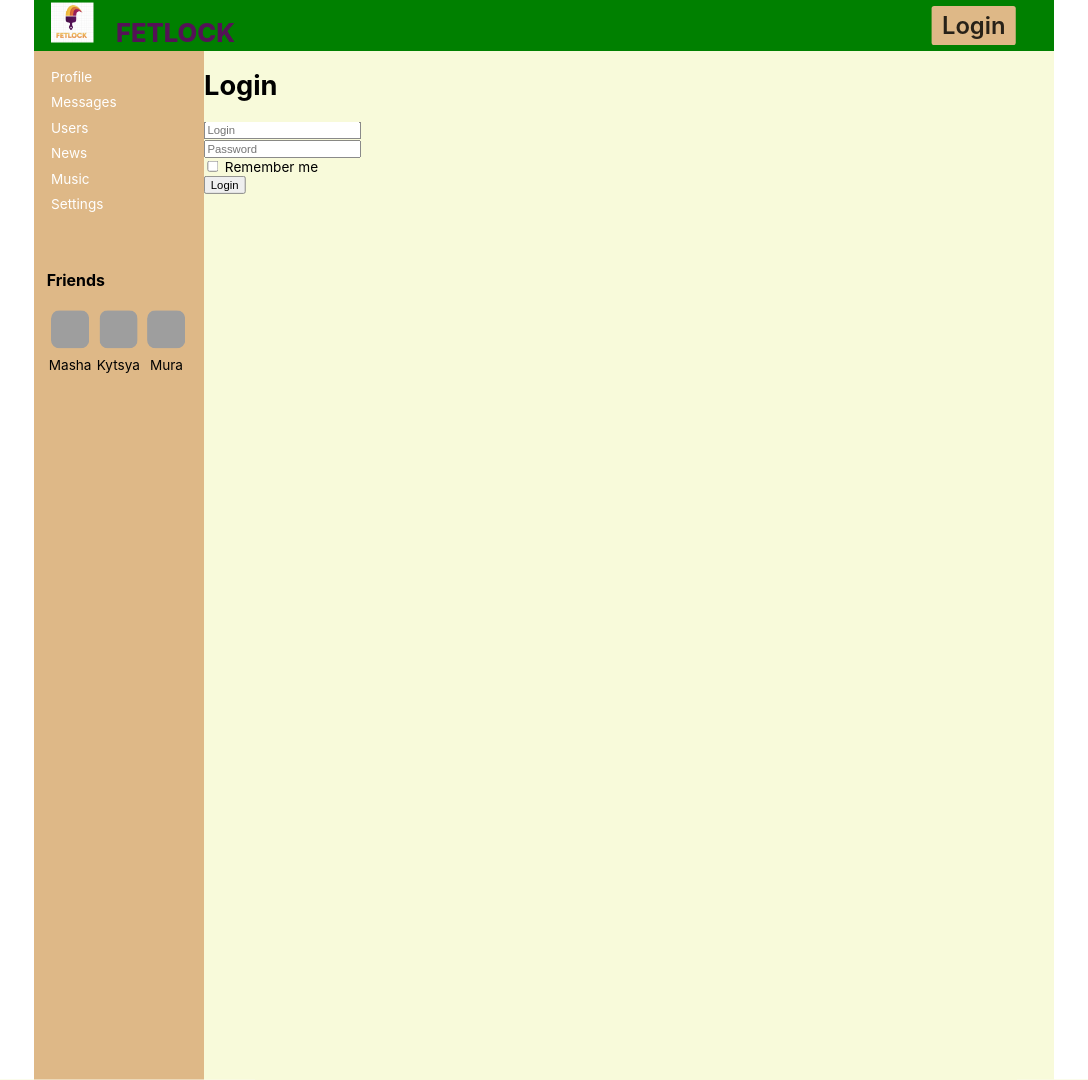
Repository: tetianatsymbal/react-way-of-samurai
Page: /login
These files come from the project's save history. The page is drawn as it stood at one moment and after the next save; the edit follows.
The browser window is 1280 px wide. The pictures show the whole page, at 85% of full size.
Pictures or frames that could not be fetched are drawn as grey boxes. The page's requests for data from a server got no answer. The project was rebuilt for these pictures with package versions that can differ from the ones it lists, and the page was loaded fresh each time. No one was signed in, and anything a server would have sent is missing. Also part of the build but not shown: src/hoc/withAuthRedirect.js, src/components/Dialogs/Dialogs.module.css, src/components/Dialogs/DialogItem/DialogItem.module.css, src/components/Dialogs/DialogItem/DialogItem.jsx, src/components/Dialogs/Message/Message.module.css, src/components/Dialogs/Message/Message.jsx, src/utils/validators/validator.js, src/components/Dialogs/AddMessageForm/AddMessageForm.module.css and 20 more.

Above is the page before, as saved 2022-08-19 11:03:51.

After the next save:
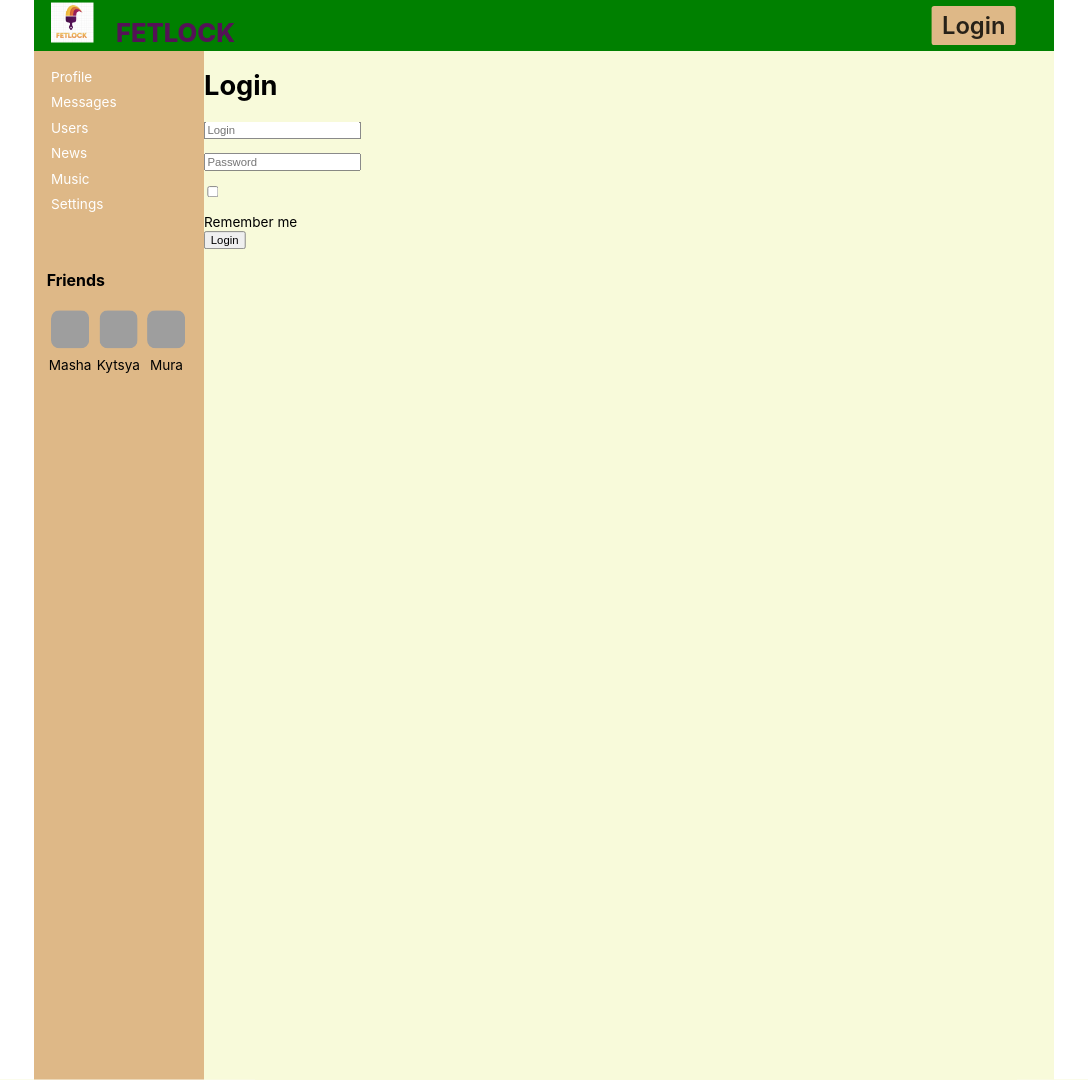
Saved 110 s later.
--- a/src/components/Login/Login.jsx
+++ b/src/components/Login/Login.jsx
@@ -1,17 +1,18 @@
 import React from "react";
 import { Field, reduxForm } from "redux-form";
+import { Input } from "../common/FormsControls/FormsControls";
 
 const LoginForm = (props) => {
   return (
    <form onSubmit={props.handleSubmit}>
       <div>
-         <Field placeholder={"Login"} name={"login"} component={"input"} />
+         <Field placeholder={"Login"} name={"login"} component={Input} />
       </div>
       <div>
-         <Field placeholder={"Password"} name={"password"} component={"input"}  />
+         <Field placeholder={"Password"} name={"password"} component={Input} />
       </div>
       <div>
-         <Field name={"rememberMe"} component={"input"} type={"checkbox"} /> <span>Remember me</span>
+         <Field name={"rememberMe"} type={"checkbox"} component={Input} /> <span>Remember me</span>
       </div>
       <div>
          <button>Login</button>
